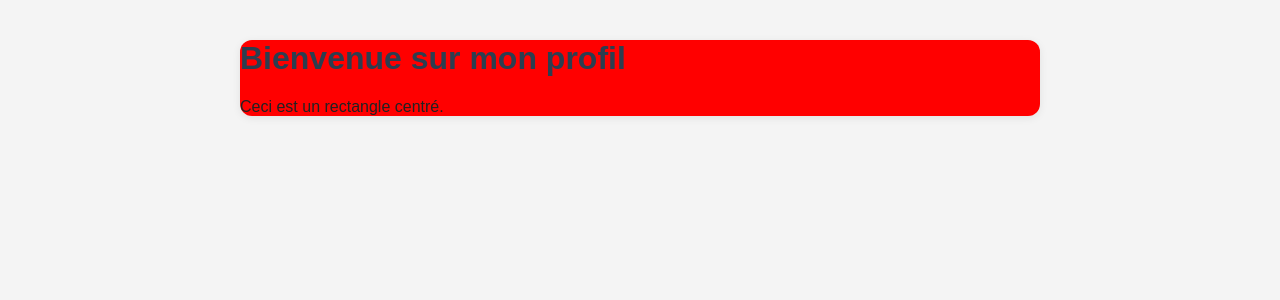
Repository: quadrinex/profile
Page: index.html
The author's editor kept a copy of each file at every save. The page is drawn from the files as they stood at one save, then again after the next save.
The browser window is 1280 px wide. The pictures show the whole page.

Above is the page before, as saved 2025-06-30 15:58:52.

After the next save:
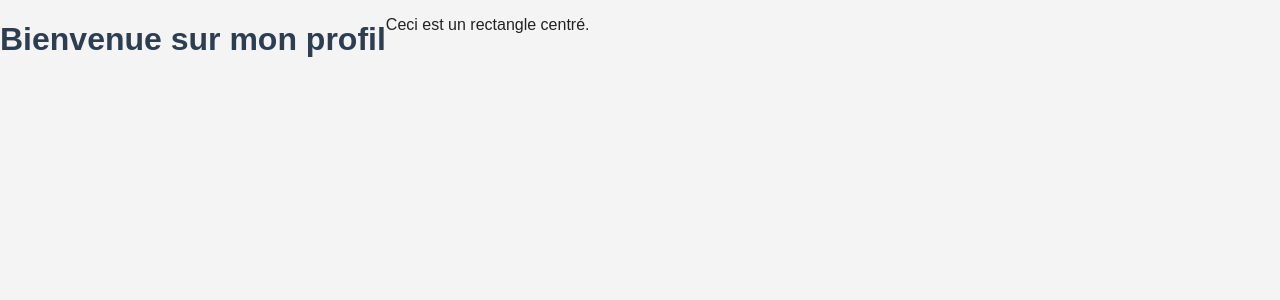
Saved 4 min 18 s later.
--- a/main.css
+++ b/main.css
@@ -20,9 +20,5 @@ a:hover {
 }
 
 .container {
-    max-width: 800px;
-    margin: 40px auto;
-    background: #ff0000;
-    border-radius: 12px;
-    box-shadow: 0 2px 8px rgba(0,0,0,0.08);
+    display: flex;
 }
